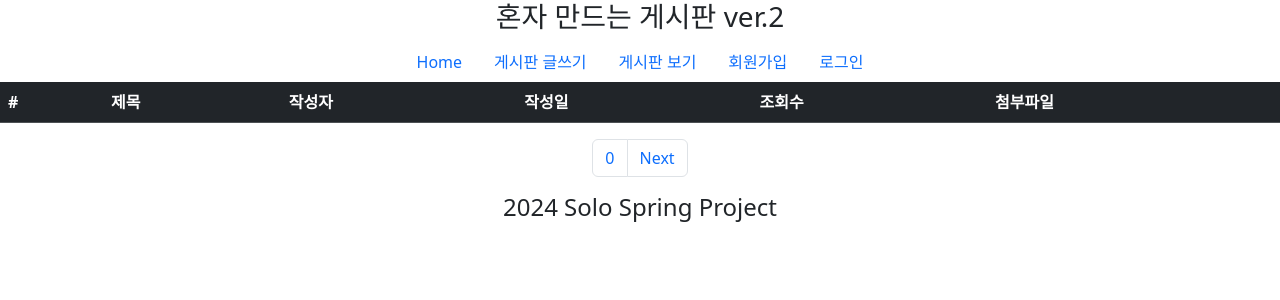
Repository: nefer2/Spring_test
Page: http://localhost/spring_test7/WEB-INF/views/board/list.jsp
An editor plug-in stored every save of this project. The page is shown before and after the next save, followed by the edit.
The browser window is 1280 px wide. The pictures show the whole page.
The page is served by Tomcat 9. Nobody is signed in. Other server files are loaded and not shown. The template is opened directly, without the code that normally fills it, so the values that code supplies are empty.

Above is the page before, as saved 2024-01-18 00:12:23.

### spring_test7/src/main/webapp/WEB-INF/views/board/list.jsp
<%@ page language="java" contentType="text/html; charset=UTF-8"
    pageEncoding="UTF-8"%>
<%@ taglib uri="http://java.sun.com/jsp/jstl/core" prefix="c" %>
<jsp:include page="../layout/header.jsp"></jsp:include>
<jsp:include page="../layout/navbar.jsp"></jsp:include>




<table class="table table-hover" style="margin-left: auto; margin-right: auto;">
  <thead class="table-dark">
    <tr>
      <th scope="col">#</th>
      <th scope="col">제목</th>
      <th scope="col">작성자</th>
      <th scope="col">작성일</th>
      <th scope="col">조회수</th>
      <th scope="col">첨부파일</th>
    </tr>
  </thead>
  <tbody class="table-group-divider">
	  <c:forEach items="${list }" var="bvo">
	    <tr>
	      <th scope="row">${bvo.bno }</th>

	      <td><a href="/board/detail?bno=${bvo.bno }" style="text-decoration:none;color: black">${bvo.title }
	      <c:if test="${bvo.cmtQty ne '0'}">[${bvo.cmtQty }]
	      </c:if>
	      </a></td>

	      <td>${bvo.writer }</td>
	      <td>${bvo.regAt }</td>
	      <td>${bvo.readCount }</td>
	      <td>${bvo.hasFile }</td>

	    </tr>
	  </c:forEach>
  </tbody>
</table>

<!-- 페이징 라인 처리 -->

<nav aria-label="Page navigation example">
  <ul class="pagination justify-content-center">

<!-- 이전 페이지 -->
<c:if test="${ph.prev }">
    <li class="page-item disabled">
      <a class="page-link" href="/board/list/?pageNo=${ph.startPage-1 }&qty=${ph.pgvo.qty}" aria-label="Prev">
      <span aria-hidden="true">&laquo;</span>
      </a>
    </li>
</c:if>
<!-- 페이지번호 -->
<c:forEach begin="${ph.startPage }" end="${ph.endPage }" var="i">
    <li class="page-item"><a class="page-link" href="/board/list/?pageNo=${i}&qty=${ph.pgvo.qty}">${i }</a></li>
</c:forEach>


    <li class="page-item">
      <a class="page-link" href="#">Next</a>
    </li>
  </ul>
</nav>











<jsp:include page="../layout/footer.jsp"></jsp:include>

### spring_test7/src/main/webapp/WEB-INF/views/layout/header.jsp
<%@ page language="java" contentType="text/html; charset=UTF-8"
    pageEncoding="UTF-8"%>
<!DOCTYPE html>
<html>
<head>
<h3 style="text-align: center;">혼자 만드는 게시판 ver.2</h3>
</head>

### spring_test7/src/main/webapp/WEB-INF/views/layout/navbar.jsp
<%@ page language="java" contentType="text/html; charset=UTF-8"
    pageEncoding="UTF-8"%>


<script src="https://cdn.jsdelivr.net/npm/bootstrap@5.3.1/dist/js/bootstrap.bundle.min.js" integrity="sha384-HwwvtgBNo3bZJJLYd8oVXjrBZt8cqVSpeBNS5n7C8IVInixGAoxmnlMuBnhbgrkm" crossorigin="anonymous"></script>
<link href="https://cdn.jsdelivr.net/npm/bootstrap@5.3.1/dist/css/bootstrap.min.css" rel="stylesheet" integrity="sha384-4bw+/aepP/YC94hEpVNVgiZdgIC5+VKNBQNGCHeKRQN+PtmoHDEXuppvnDJzQIu9" crossorigin="anonymous">


<ul class="nav justify-content-center">

  <li class="nav-item">
    <a class="nav-link active" aria-current="page" href="/">Home</a>
  </li>
  <li class="nav-item">
    <a class="nav-link" href="/board/register">게시판 글쓰기</a>
  </li>
  <li class="nav-item">
    <a class="nav-link" href="/board/list">게시판 보기</a>
  </li>
    <li class="nav-item">
    <a class="nav-link" href="#">회원가입</a>
  </li>
    <li class="nav-item">
    <a class="nav-link" href="#">로그인</a>
  </li>
</ul>

### spring_test7/src/main/webapp/WEB-INF/views/layout/footer.jsp
<%@ page language="java" contentType="text/html; charset=UTF-8"
    pageEncoding="UTF-8"%>




<div><h4 style="text-align: center;">2024 Solo Spring Project</h4></div>

</body>
</html>

After the next save:
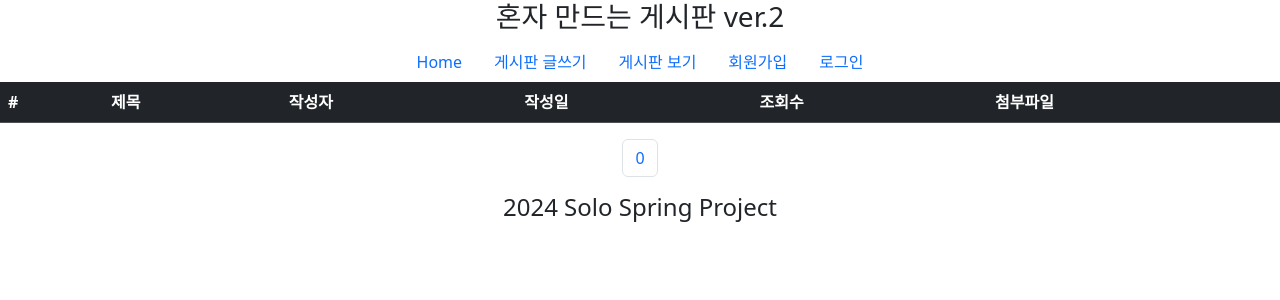
Saved 17 s later.
--- a/spring_test7/src/main/webapp/WEB-INF/views/board/list.jsp
+++ b/spring_test7/src/main/webapp/WEB-INF/views/board/list.jsp
@@ -57,9 +57,13 @@
 </c:forEach>
 
 
-    <li class="page-item">
-      <a class="page-link" href="#">Next</a>
+<c:if test="${ph.prev }">
+    <li class="page-item disabled">
+      <a class="page-link" href="/board/list/?pageNo=${ph.startPage-1 }&qty=${ph.pgvo.qty}" aria-label="Prev">
+      <span aria-hidden="true">&laquo;</span>
+      </a>
     </li>
+</c:if>
   </ul>
 </nav>
 
